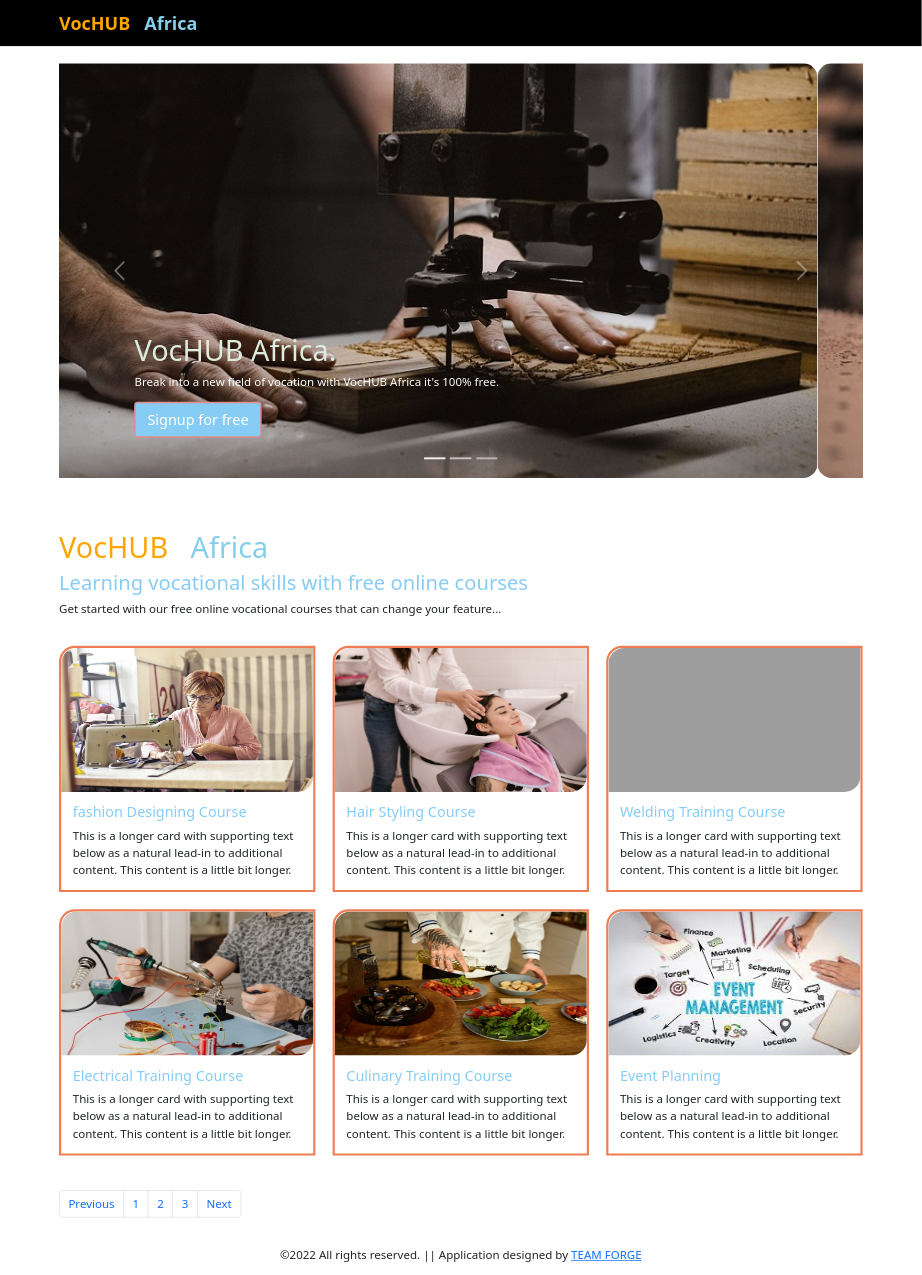
Repository: EKem01/VocHUB-Africa-Project
Page: / (app in client/)
These files come from the project's save history. The page is drawn as it stood at one moment and after the next save; the edit follows.
The browser window is 1280 px wide. The pictures show the whole page, at 72% of full size.
Pictures or frames that could not be fetched are drawn as grey boxes. The project was rebuilt for these pictures with package versions that can differ from the ones it lists, and the page was loaded fresh each time. Also part of the build but not shown: client/angular.json, client/src/app/components/login/login.component.ts, client/src/app/components/register/register.component.ts, client/src/app/components/courses/fashion-designing/fashion-designing.component.ts, client/src/app/components/courses/hair-styling/hair-styling.component.ts, client/src/app/components/dashboard/dashboard.component.ts, client/src/app/components/logout/logout.component.ts, client/src/app/components/mentorship/mentorship.component.ts.

Above is the page before, as saved 2022-06-14 00:10:12.

### client/src/index.html
<!doctype html>
<html lang="en">
<head>
  <meta charset="utf-8">
  <title>Vochub-Africa</title>
  <base href="/">
  <link href="https://cdn.jsdelivr.net/npm/bootstrap@5.0.2/dist/css/bootstrap.min.css" rel="stylesheet" integrity="sha384-EVSTQN3/azprG1Anm3QDgpJLIm9Nao0Yz1ztcQTwFspd3yD65VohhpuuCOmLASjC" crossorigin="anonymous">
  <meta name="viewport" content="width=device-width, initial-scale=1">
  <link rel="icon" type="image/x-icon" href="favicon.ico">
</head>
<body>
  <app-root></app-root>
  <script src="https://code.jquery.com/jquery-3.6.0.js" integrity="sha256-H+K7U5CnXl1h5ywQfKtSj8PCmoN9aaq30gDh27Xc0jk=" crossorigin="anonymous"></script>
  <script src="https://cdn.jsdelivr.net/npm/bootstrap@5.0.2/dist/js/bootstrap.bundle.min.js" integrity="sha384-MrcW6ZMFYlzcLA8Nl+NtUVF0sA7MsXsP1UyJoMp4YLEuNSfAP+JcXn/tWtIaxVXM" crossorigin="anonymous"></script>
</body>
</html>

### client/src/app/app.module.ts
import { NgModule } from '@angular/core';
import { FormsModule } from '@angular/forms';
import { BrowserModule } from '@angular/platform-browser';
import { AppRoutingModule } from './app-routing.module';
import { AppComponent } from './app.component';
import { NavbarComponent } from './components/navbar/navbar.component';
import { HomeComponent } from './components/home/home.component';
import { LoginComponent } from './components/login/login.component';
import { RegisterComponent } from './components/register/register.component';
import { NgbModule } from '@ng-bootstrap/ng-bootstrap';
import { HttpClientModule } from '@angular/common/http';
import { FashionDesigningComponent } from './components/courses/fashion-designing/fashion-designing.component';
import { HairStylingComponent } from './components/courses/hair-styling/hair-styling.component';
import { DashboardComponent } from './components/dashboard/dashboard.component';
import { LogoutComponent } from './components/logout/logout.component';
import { MentorshipComponent } from './components/mentorship/mentorship.component';

@NgModule({
  declarations: [
    AppComponent,
    NavbarComponent,
    HomeComponent,
    LoginComponent,
    LogoutComponent,
    RegisterComponent,
    FashionDesigningComponent,
    HairStylingComponent,
    DashboardComponent,
    LogoutComponent,
    MentorshipComponent
  ],
  imports: [
    BrowserModule,
    AppRoutingModule,
    FormsModule,
    NgbModule,
    HttpClientModule
  ],
  providers: [],
  bootstrap: [AppComponent]
})
export class AppModule { }

### client/src/app/app-routing.module.ts
import { RouterModule, Routes } from '@angular/router';
import { NgModule } from '@angular/core';
import { HomeComponent } from './components/home/home.component';
import { LoginComponent } from './components/login/login.component';
import { RegisterComponent } from './components/register/register.component';
import { FashionDesigningComponent } from './components/courses/fashion-designing/fashion-designing.component';
import { HairStylingComponent } from './components/courses/hair-styling/hair-styling.component';
import { DashboardComponent } from './components/dashboard/dashboard.component';




const appRoutes: Routes = [
    { path: '', component: HomeComponent},
    { path: 'register', component: RegisterComponent},
    { path: 'login', component: LoginComponent},
    { path: 'hair', component: HairStylingComponent},
    { path: 'fashion', component: FashionDesigningComponent},
    { path: 'dashboard', component: DashboardComponent}
    //{ path: '', redirectTo: '/home', pathMatch: 'full' },
    //{ path: '**', component: NotFoundComponent }
  ]

@NgModule({
    declarations: [],
    imports: [RouterModule.forRoot(appRoutes)],
    providers: [],
    bootstrap: [],
    exports: [RouterModule]
  })
  export class AppRoutingModule { }

### client/src/app/app.component.ts
import { Component } from '@angular/core';

@Component({
  selector: 'app-root',
  templateUrl: './app.component.html',
  styleUrls: ['./app.component.css']
})
export class AppComponent {
  title = 'vochub-elearning';
}

### client/src/app/components/navbar/navbar.component.html
<nav class="navbar navbar-expand-lg navbar-light mb-4" id="navhead">
    <div class="container">
        <a class="navbar-brand" routerLink="/"> <span style="color: orange;">VocHUB</span> &nbsp; <span style="color: skyblue;">Africa</span> </a>
        <button class="navbar-toggler" type="button" data-bs-toggle="collapse" data-bs-target="#navbarSupportedContent"
            aria-controls="navbarSupportedContent" aria-expanded="false" aria-label="Toggle navigation">
            <span class="navbar-toggler-icon"></span>
        </button>
        <div class="collapse navbar-collapse" id="navbarSupportedContent">
            <ul class="navbar-nav me-auto mb-2 mb-lg-0"> </ul>
            <ul class="nav navbar-nav navbar-right">
              <li><a class="nav-link" id="blue" aria-current="page" routerLink="/">Home</a></li>
              <li class="nav-item dropdown">
                  <a class="nav-link dropdown-toggle" href="#" id="navbarDropdown" role="button" data-bs-toggle="dropdown" aria-expanded="false">
                    Courses
                  </a>
                  <ul class="dropdown-menu" aria-labelledby="navbarDropdown">
                    <li><a class="dropdown-item" routerLink="/fashion">Fashion Designing</a></li>
                    <li><a class="dropdown-item" routerLink="/hair">Hair Styling</a></li>
                    <li><a class="dropdown-item" routerLink="/course">Arts and craft</a></li>
                    <li><a class="dropdown-item" routerLink="/course">Electrician</a></li>
                    <li><a class="dropdown-item" routerLink="course">Welding</a></li>
                    <li><a class="dropdown-item" routerLink="/course">Graphic Designing</a></li>
                    <li><a class="dropdown-item" routerLink="/course">Culinary Arts</a></li>
                    <li><a class="dropdown-item" routerLink="/course">Event planning</a></li>
                  </ul>
                </li>
                <li><a class="nav-link" routerLink="/mentorship">Mentorship</a></li>
                <li><a class="nav-link" routerLink="/login">Login</a></li>
                <li><a class="nav-link" routerLink="/register">Register</a></li>
            </ul>
        </div>
    </div>
  </nav>

  <div class="container">
    <router-outlet></router-outlet>
  </div>
  <br>

  <footer class="text-center">
    <div class="container">
      <p>&copy;2022 All rights reserved. || Application designed by <a href="#">TEAM FORGE</a></p>
    </div>
  </footer>

### client/src/app/components/navbar/navbar.component.css
.navbar {
  background: black;
}
.navbar-right{
    color: white !important;
}
button {
  border-radius: 10px;
}
.container .navbar-brand {
  font-weight: 700;
}
.navbar-brand {
  color: #0096ff;
  font-size: 25px;
}

### client/src/app/components/home/home.component.html
<div id="myCarousel" class="carousel slide" data-bs-ride="carousel">
  <div class="carousel-indicators">
    <button type="button" data-bs-target="#myCarousel" data-bs-slide-to="0" class="active" aria-current="true"
      aria-label="Slide 1"></button>
    <button type="button" data-bs-target="#myCarousel" data-bs-slide-to="1" aria-label="Slide 2"></button>
    <button type="button" data-bs-target="#myCarousel" data-bs-slide-to="2" aria-label="Slide 3"></button>
  </div>
  <div class="carousel-inner">
    <div class="carousel-item active">
      <img src="assets/img/shevet.jpg" class="d-block w-100" alt="...">

      <div class="container">
        <div class="carousel-caption text-start">
          <h1>VocHUB Africa.</h1>
          <p >Break into a new field of vocation with VocHUB Africa it's 100% free.</p>
          <p><a class="btn btn-lg btn-primary course-btn" routerLink="/register">Signup for free</a></p>
        </div>
      </div>
    </div>
    <div class="carousel-item">
      <img src="assets/img/cley.jpg" class="d-block w-100" alt="...">

      <div class="container">
        <div class="carousel-caption text-start">
          <h1>Learn without limits.</h1>
          <p>Start your vocational career with more than 1,000 courses with VocHUB Africa.</p>
          <p><a class="btn btn-lg btn-primary course-btn" routerLink="/register">Learn more...</a></p>
        </div>
      </div>
    </div>
    <div class="carousel-item">
      <img src="assets/img/T1.jpg" class="d-block w-100" alt="...">

      <div class="container">
        <div class="carousel-caption text-start">
          <h1>Start leraning for free.</h1>
          <p>Free vocational online courses with VocHUB Africa.</p>
          <p><a class="btn btn-lg btn-primary course-btn" routerLink="/register">Courses</a></p>
        </div>
      </div>
    </div>
  </div>
  <button class="carousel-control-prev" type="button" data-bs-target="#myCarousel" data-bs-slide="prev">
    <span class="carousel-control-prev-icon" aria-hidden="true"></span>
    <span class="visually-hidden">Previous</span>
  </button>
  <button class="carousel-control-next" type="button" data-bs-target="#myCarousel" data-bs-slide="next">
    <span class="carousel-control-next-icon" aria-hidden="true"></span>
    <span class="visually-hidden">Next</span>
  </button>
</div>
<br>
<br>
<br>


<section class="courses">
  <h1> <span style="color: orange;">VocHUB</span> &nbsp; <span style="color: skyblue;">Africa</span> </h1>
  <h3>Learning vocational skills with free online courses</h3>
  <p>Get started with our free online vocational courses that can change your feature...</p><br>
  <div class="row row-cols-1 row-cols-md-3 g-4">
    <div class="col">
      <div class="card">
        <a routerLink="/fashion">
          <img src="assets/img/T2.jpg" class="card-img-top" alt="...">
        </a>
        <div class="card-body">
          <div class="course">
            <h5><a routerLink="/fashion">fashion Designing Course</a></h5>
          </div>
          <p class="card-text">This is a longer card with supporting text below as a natural lead-in to additional
            content. This content is a little bit longer.</p>
        </div>
      </div>
    </div>

    <div class="col">
      <div class="card">
        <a routerLink="/hair">
          <img src="assets/img/hair.jpg" class="card-img-top" alt="...">
        </a>
        <div class="card-body">
          <div class="course">
            <h5><a routerLink="/hair">Hair Styling Course</a></h5>
          </div>
          <p class="card-text">This is a longer card with supporting text below as a natural lead-in to additional
            content. This content is a little bit longer.</p>
        </div>
      </div>
    </div>
    <div class="col">
      <div class="card">
        <img src="assets/img/welding.jpg" class="card-img-top" alt="...">
        <div class="card-body">
          <div class="course">
            <h5><a routerLink="#">Welding Training Course</a></h5>
          </div>
          <p class="card-text">This is a longer card with supporting text below as a natural lead-in to additional
          content. This content is a little bit longer.</p>
        </div>
      </div>
    </div>
    <div class="col">
      <div class="card">
        <img src="assets/img/electric.jpg" class="card-img-top" alt="...">
        <div class="card-body">
          <div class="course">
            <h5><a routerLink="#">Electrical Training Course</a></h5>
          </div>
          <p class="card-text">This is a longer card with supporting text below as a natural lead-in to additional
          content. This content is a little bit longer.</p>
        </div>
      </div>
    </div>
    <div class="col">
      <div class="card">
        <img src="assets/img/culinary.jpg" class="card-img-top" alt="...">
        <div class="card-body">
          <div class="course">
            <h5><a routerLink="#">Culinary Training Course</a></h5>
          </div>
          <p class="card-text">This is a longer card with supporting text below as a natural lead-in to additional
          content. This content is a little bit longer.</p>
        </div>
      </div>
    </div>
    <div class="col">
      <div class="card">
        <img src="assets/img/event.jpg" class="card-img-top" alt="...">
        <div class="card-body">
          <div class="course">
            <h5><a routerLink="/fashion">Event Planning</a></h5>
          </div>
          <p class="card-text">This is a longer card with supporting text below as a natural lead-in to additional
            content.
            This content is a little bit longer.</p>
        </div>
      </div>
    </div>
  </div>
</section>
<br>
<br>

<section class="pagination">
  <nav aria-label="Page navigation example">
    <ul class="pagination">
      <li class="page-item"><a class="page-link" href="#">Previous</a></li>
      <li class="page-item"><a class="page-link" href="#">1</a></li>
      <li class="page-item"><a class="page-link" href="#">2</a></li>
      <li class="page-item"><a class="page-link" href="#">3</a></li>
      <li class="page-item"><a class="page-link" href="#">Next</a></li>
    </ul>
  </nav>
</section>

### client/src/app/components/home/home.component.css
img {
  width: 100%;
  height: 80vh;
}
.carousel-item img {
  border-radius: 20px;
  width: 100%;
  object-fit: cover;
}

.carousel-item h1 {
  color: #ddeddd;
}

.course-btn {
  background-color: rgb(134, 204, 245);
  border: 2px solid rgb(226, 140, 140);
}
.courses h1 {
  color: rgb(238, 125, 84);
}
.courses h3 {
  color: rgb(134, 204, 245);
}
.card {
  border-radius: 22px 0px 0 0;
  border: 3px solid rgb(238, 125, 84);
}
.card img {
  height: 200px;
  border-radius: 22px 0px;
}
.course a {
  text-decoration: none;
  color: rgb(134, 204, 245);
}

Loaded but not shown: client/src/styles.css (common file); client/src/main.ts (common file); client/src/environments/environment.ts (common file); client/src/app/components/navbar/navbar.component.ts (common file); client/src/app/components/home/home.component.ts (common file); client/src/app/app.component.html (common file); client/src/app/app.component.css (no stored copy; drawn as an empty file)

After the next save:
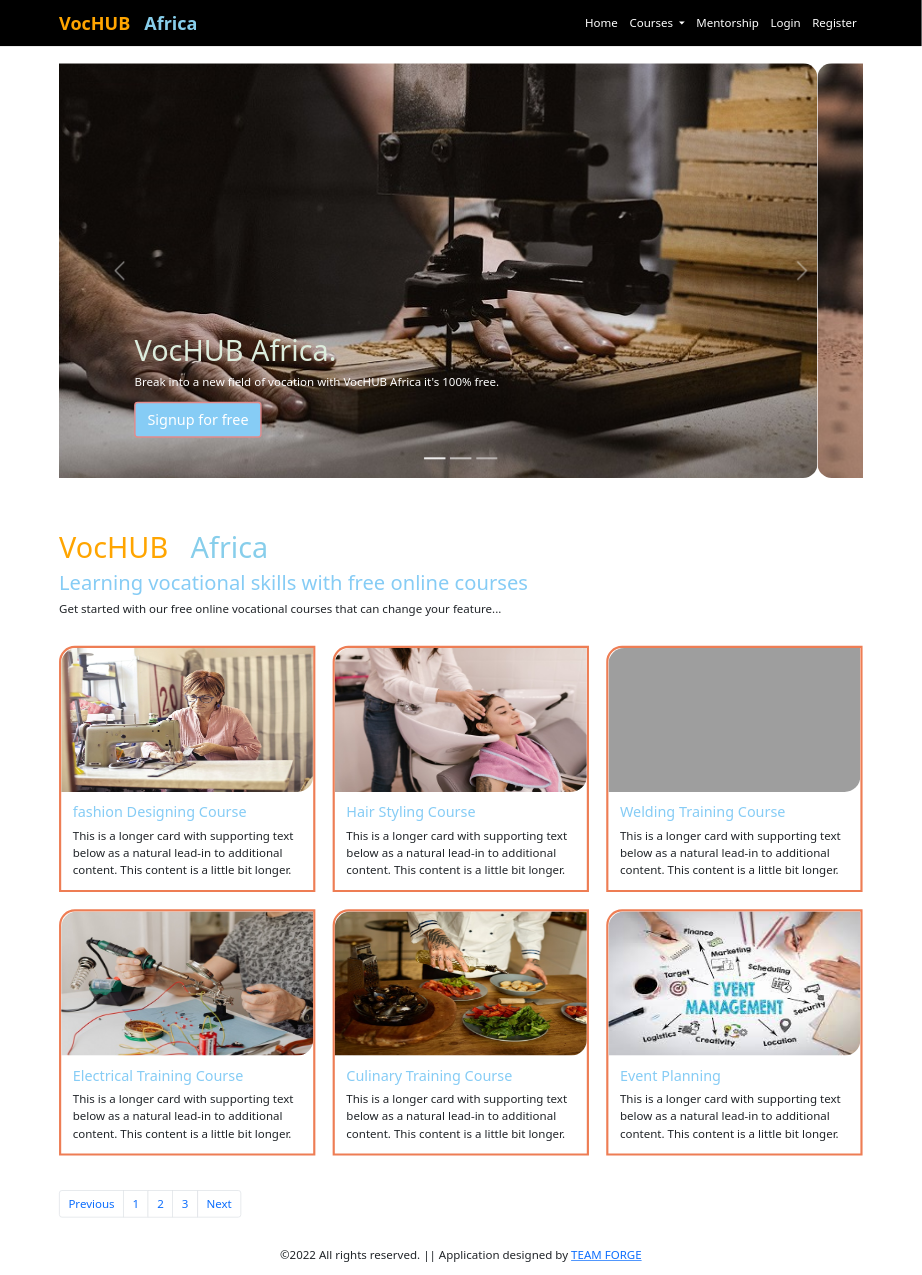
Saved 20 s later.
--- a/client/src/app/components/navbar/navbar.component.css
+++ b/client/src/app/components/navbar/navbar.component.css
@@ -1,7 +1,7 @@
 .navbar {
   background: black;
 }
-.navbar-right{
+.navbar-right a{
     color: white !important;
 }
 button {
